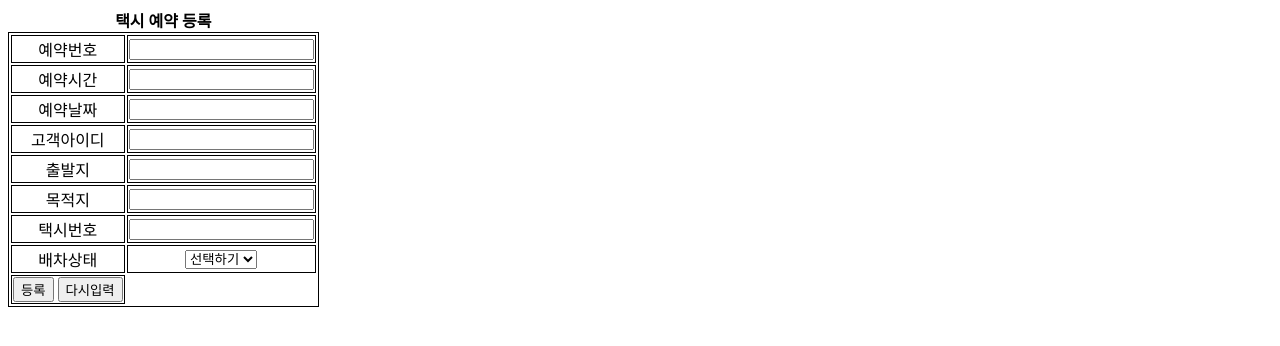
Repository: khs220507/WebClass
Page: prj0828/src/main/webapp/register_taxi.html
These files come from the project's save history. The page is drawn as it stood at one moment and after the next save; the edit follows.
The browser window is 1280 px wide. The pictures show the whole page.

Above is the page before, as saved 2023-08-28 06:51:37.

After the next save:
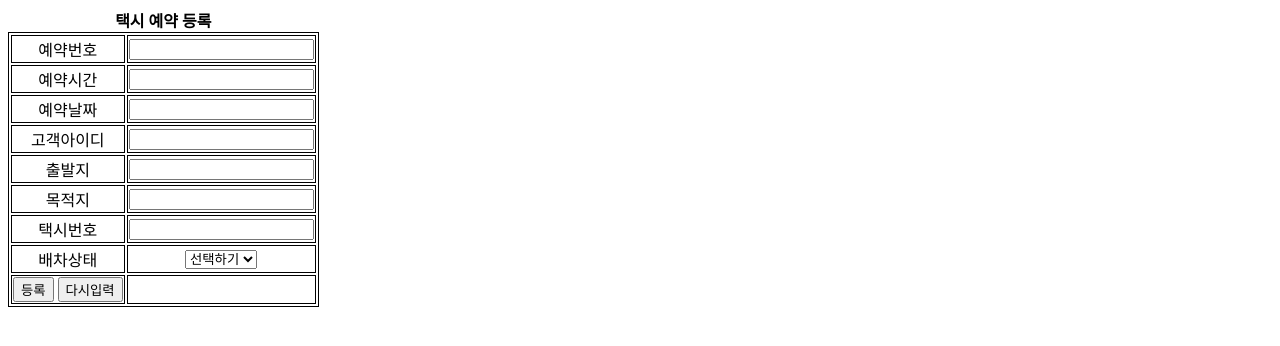
Saved 38 s later.
--- a/prj0828/src/main/webapp/register_taxi.html
+++ b/prj0828/src/main/webapp/register_taxi.html
@@ -10,7 +10,7 @@
 	<table>
 		<caption><strong>택시 예약 등록</strong></caption>
 		<tr>
-			<td>예약번호</td>
+			<td >예약번호</td>
 			<td><input type="text"></td>
 		</tr>
 		<tr>
@@ -49,6 +49,7 @@
 		<tr>
 			<td><button>등록</button>
 			<button>다시입력</button></td>
+			<td></td>
 
 		</tr>
 	</table>
